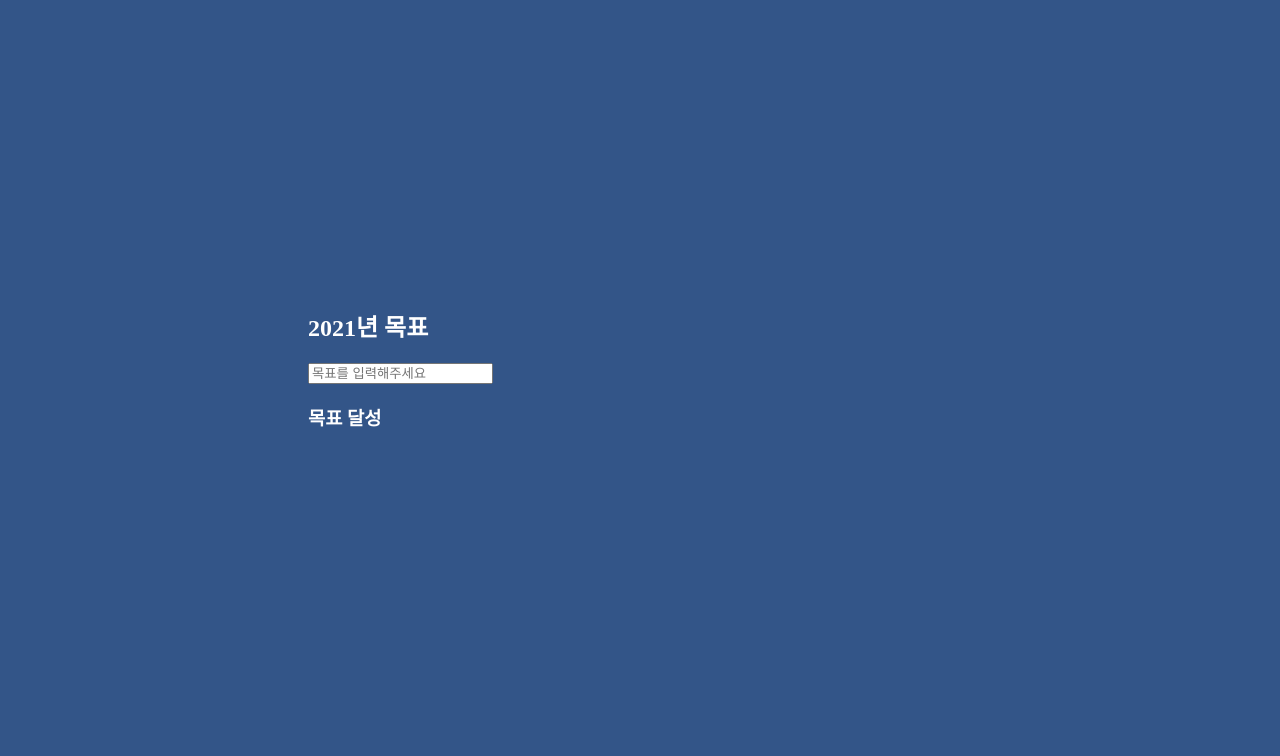
Repository: minsuk1/portfolio
Page: a.html
These files come from the project's save history. The page is drawn as it stood at one moment and after the next save; the edit follows.
The browser window is 1280 px wide. The pictures show the whole page.
Some web libraries are served in a nearby version.

Above is the page before, as saved 2021-01-02 14:05:43.

### a.html
<html>
    <head>
        <style>
            body { background: #358; color: #fff; padding: 300px;  }
            a { color: #fff; font-size: 40px; }

            section {
                width: 800px;
                margin: 0px auto;
            }

            .task {
                width: 400px;
            }

            .strikeout {
                text-decoration: line-through;
            }
        </style>
        <script type="text/javascript" src="http://code.jquery.com/jquery-1.11.1.min.js"></script>
    </head>
    <body>

        <section>
            <h1>2021년 목표</h1>

            <form>
                <input type="text" id="task" placeholder="목표를 입력해주세요"/>
            </form>

            <div id="tasks">
            </div>

            <div id="done">
                <h3>목표 달성</h3>

            </div>
        </section>

        <script>


            $('form').on('submit', function(e) {

                e.preventDefault();

                var newtask = $('#task').val();
                $(this).val("");
                var task_elem = $('<div>')
                    .append('<input type="checkbox">')
                    .addClass('task')
                    .append("<span><i class='fas fa-trash'></i></span>")
                    .append(newtask);
                $('#tasks').append(task_elem);


                $.ajax({
                    url: '/',
                    method: 'post',
                    dataType: 'json',
                    data: {
                        task: newtask,
                    },
                    success: function(response) {

                    },
                });

            });

            $('body').on('click', 'input[type="checkbox"]', function() {
                var task = $(this).parents('.task');

                if(task.hasClass('strikeout')) {
                    task.removeClass('strikeout');
                    task.appendTo($('#tasks'));
                } else {
                    //task.append("<button>삭제</button>")
                    task.addClass('strikeout')
                   // task.append("<button><i class='fas fa-trash'></i></button>")

                    task.appendTo($('#done'));

                }
            });

            $('div').on("click", "span", function(event) {
            event.stopPropagation();
            $(this).parent().fadeOut(500, function(){
            $(this).remove();
            });
            });

        </script>
        <script src="https://kit.fontawesome.com/0f77f25011.js"></script>
    </body>
</html>

After the next save:
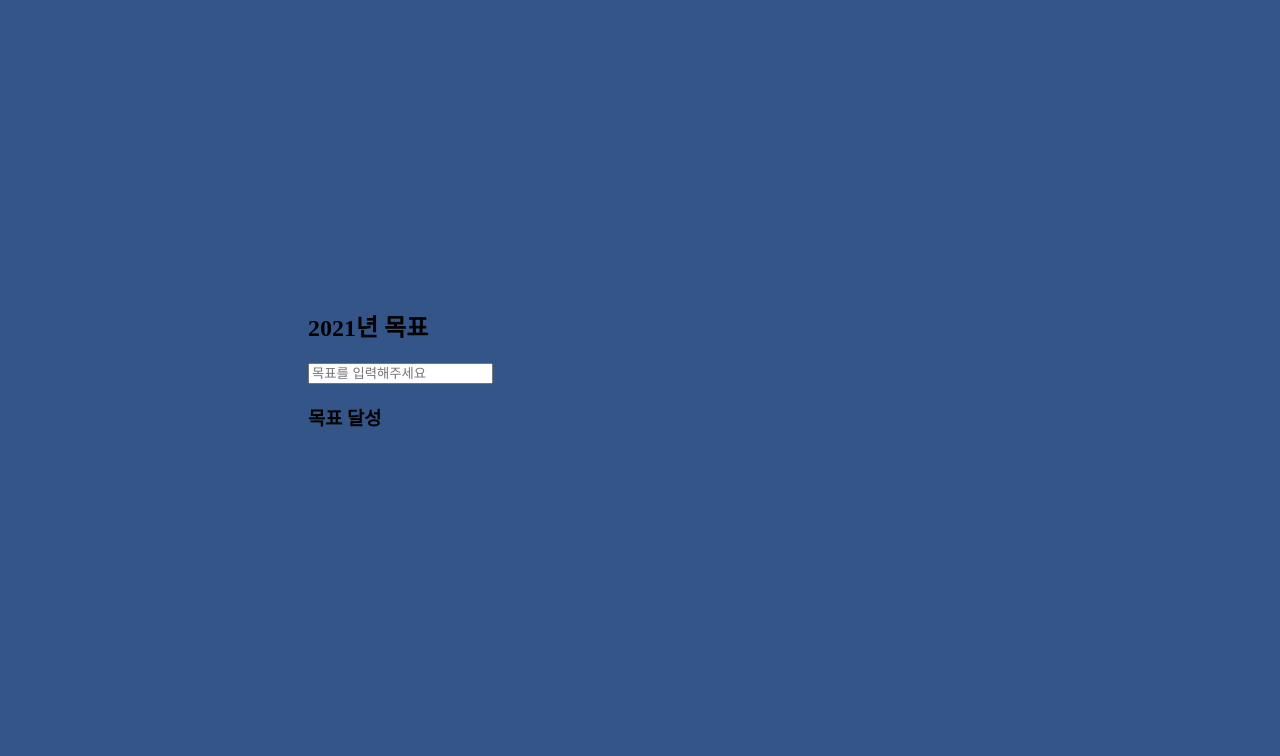
Saved 6 s later.
--- a/a.html
+++ b/a.html
@@ -1,7 +1,7 @@
 <html>
     <head>
         <style>
-            body { background: #358; color: #fff; padding: 300px;  }
+            body { background: #358;  padding: 300px;  }
             a { color: #fff; font-size: 40px; }
 
             section {

After the 2 saves that followed:
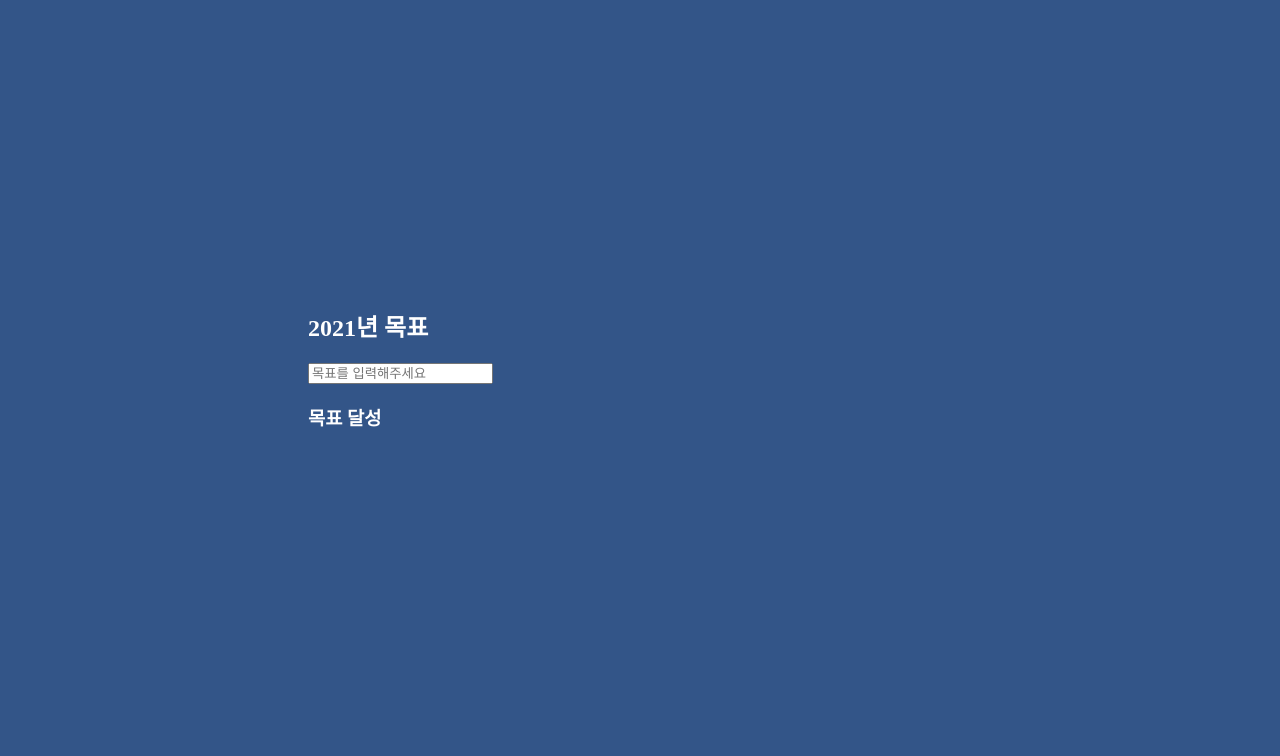
The 2 saves are shown as one change because they came seconds apart.
The last was saved 7 s later.
--- a/a.html
+++ b/a.html
@@ -1,8 +1,8 @@
 <html>
     <head>
         <style>
-            body { background: #358;  padding: 300px;  }
-            a { color: #fff; font-size: 40px; }
+            body { background: #358; color: #fff; padding: 300px;  }
+
 
             section {
                 width: 800px;
